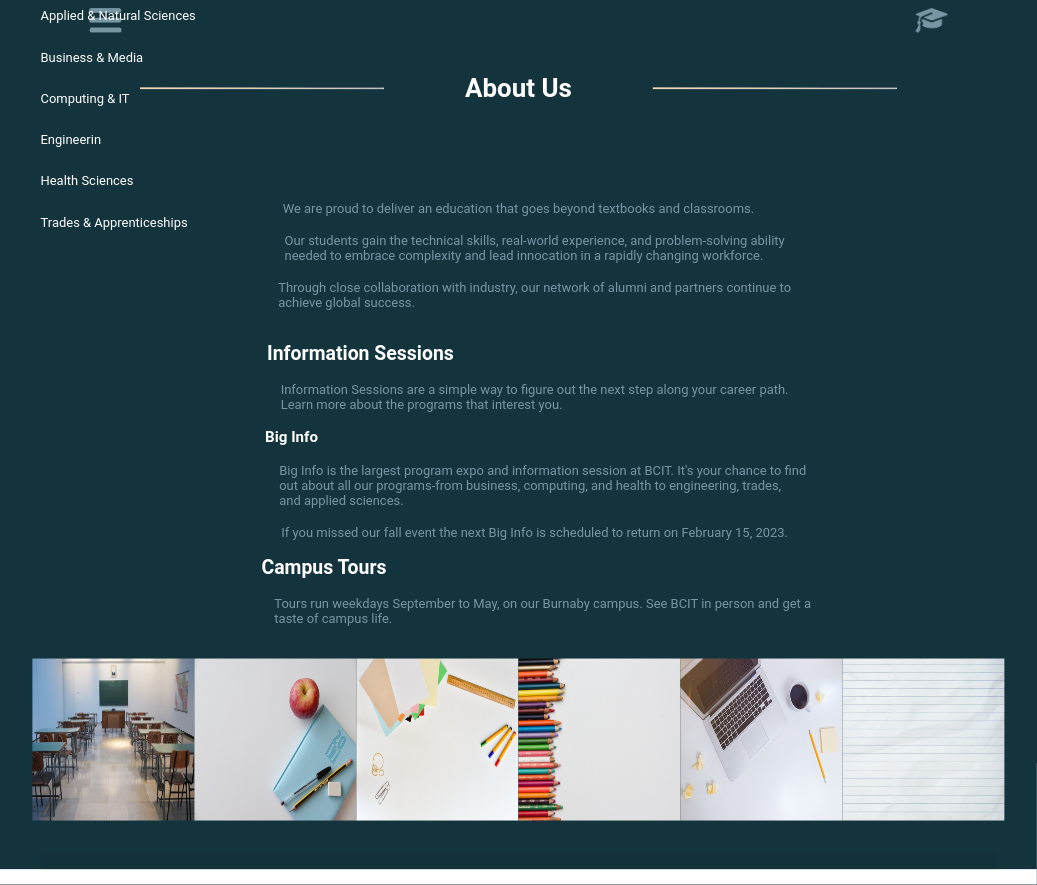
Repository: Sheraliramzan/Aly_A01253508_Assignment1
Page: /about
The author's editor kept a copy of each file at every save. The page is drawn from the files as they stood at one save, then again after a run of saves.
The browser window is 1280 px wide. The pictures show the whole page, at 81% of full size.
The project was rebuilt for these pictures with package versions that can differ from the ones it lists, and the page was loaded fresh each time. The framework's server and built-in components were replaced by stand-ins that run in the browser. Also part of the build but not shown: next.config.js.

Above is the page before, as saved 2023-02-05 10:01:46.

After the next 4 saves:
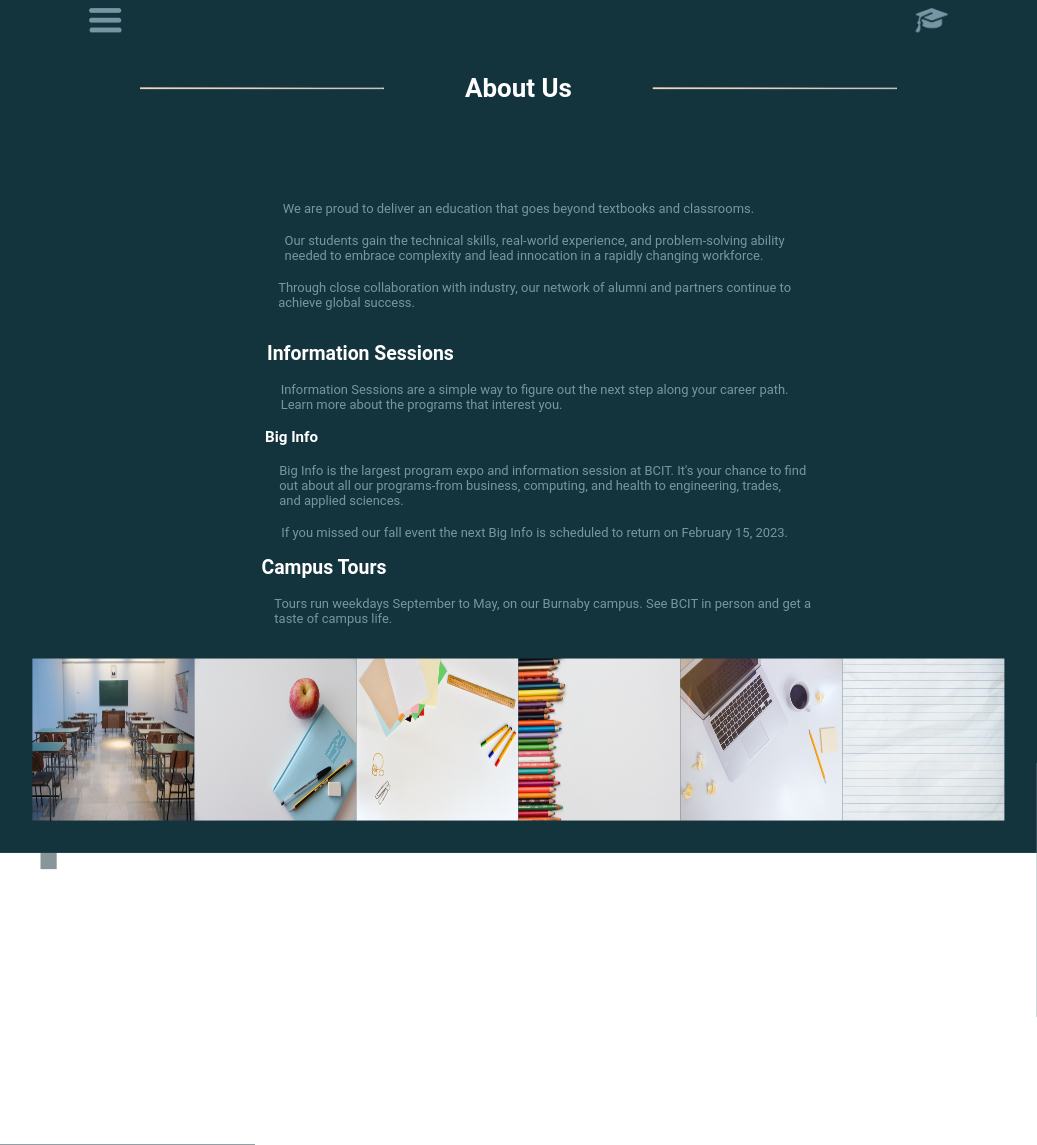
The 4 saves are shown as one change because they came seconds apart.
The last was saved 13 s later.
--- a/styles/globals.css
+++ b/styles/globals.css
@@ -216,4 +216,5 @@ ul > li {
   background-color: rgba(16, 46, 53, 0.5);
   padding: 10px;
   margin: 0px 50px;
-}
+  position: absolute;
+}
